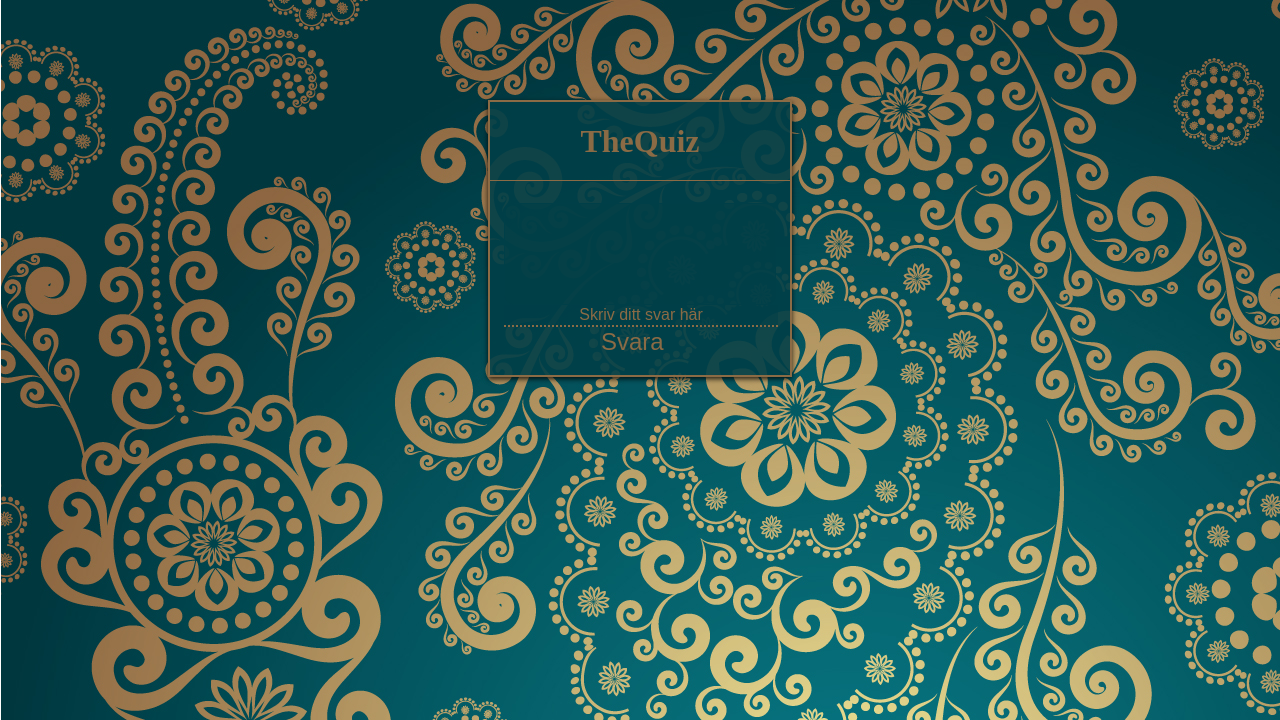
Repository: RebeccaFransson/1dv403-laborationer
Page: 4-thequiz/index.html
The author's editor kept a record of every edit. The page is drawn from the files as they stood at one moment, then again after the next edit.
The browser window is 1280 px wide. The pictures show the whole page.
The page's requests for data from a server got no answer.

Above is the page before.

After the next edit:
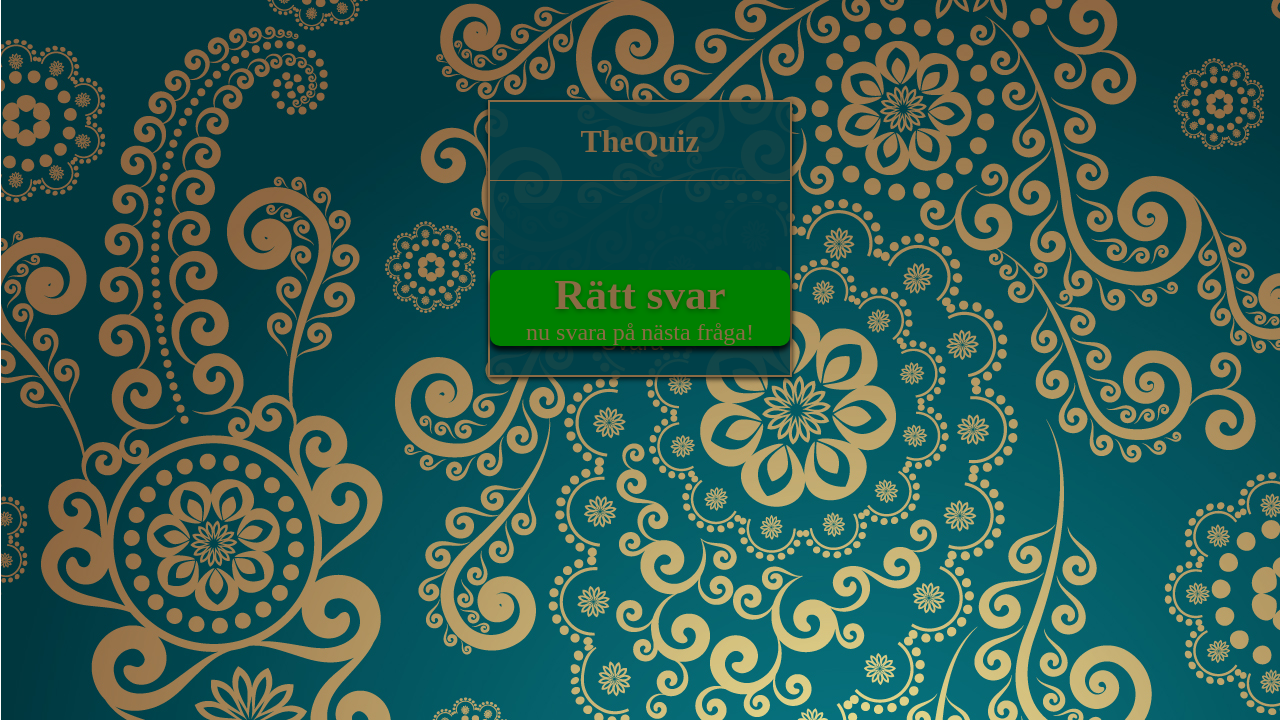
The edit:
--- a/4-thequiz/index.html
+++ b/4-thequiz/index.html
@@ -21,7 +21,7 @@
         <div id="wrong" class="hidden" >
             <h2>Fel svar</h2> försök igen!
         </div>
-        <div id="right" class="hidden" >
+        <div id="right" class="answer" >
             <h2>Rätt svar</h2> nu svara på nästa fråga!
         </div>
 
